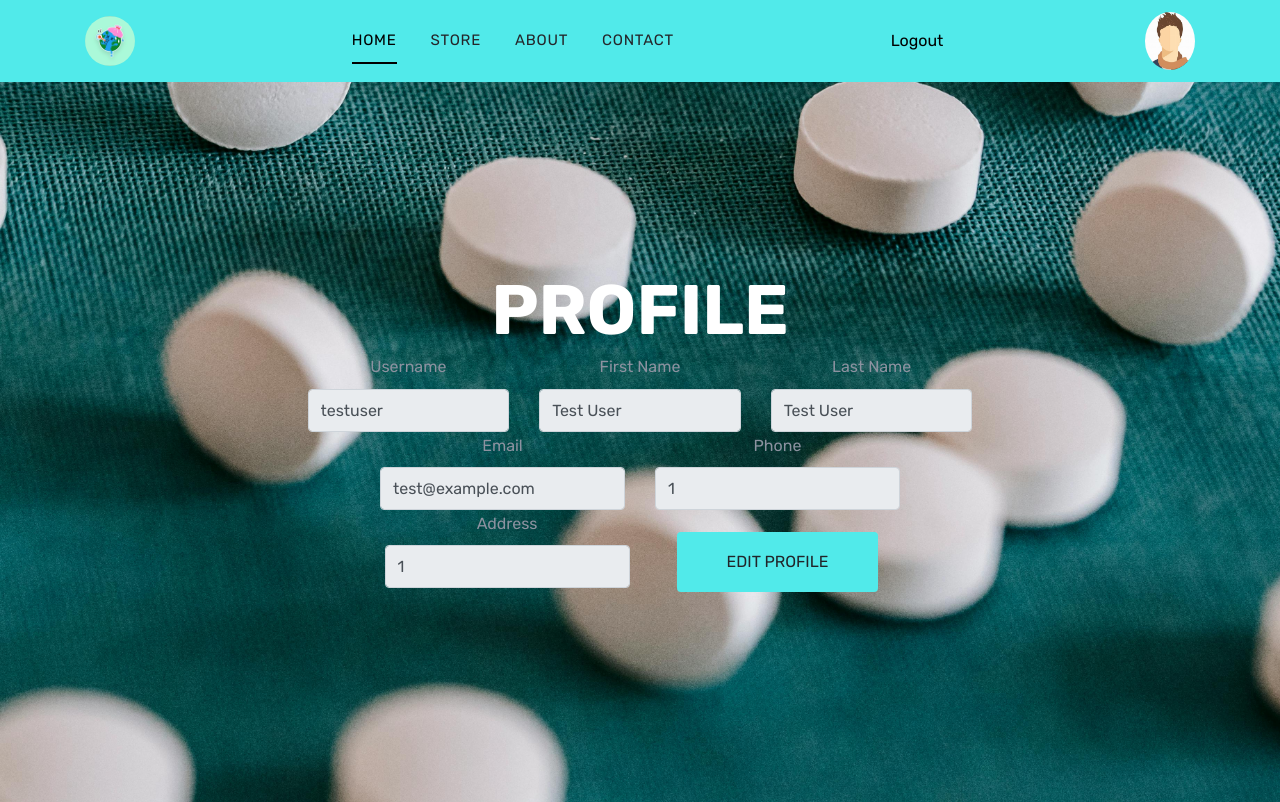
Repository: Argivist/Web-Doctor
Page: http://localhost/view/edit_profile.php
An editor plug-in stored every save of this project. The page is shown before and after the next save, followed by the edit.
The browser window is 1280 px wide. The pictures show the whole page.
Some web fonts or font styles are not loaded; a fallback is used. The page is run by PHP 8.4 with error messages shown; the project is at /var/www/html/. The session is filled in as if someone had signed in: {"id": 1, "username": "testuser", "fname": "Test User", "lname": "Test User", "email": "test@example.com", "phone": 1, "address": 1}. Other server files are loaded and not shown.

Above is the page before, as saved 2024-02-20 19:48:09.

### view/edit_profile.php
<?php
include "../settings/connection.php";
session_start();
// if (!isset($_SESSION['id'])) {
//     header("Location: ../login/login.php");
// }
?>
<!DOCTYPE html>
<html lang="en">

<head>
    <meta charset="UTF-8">
    <meta name="viewport" content="width=device-width, initial-scale=1.0">
    <title>Document</title>


    <link href="https://fonts.googleapis.com/css?family=Rubik:400,700|Crimson+Text:400,400i" rel="stylesheet">
    <link rel="stylesheet" href="fonts/icomoon/style.css">
    <link rel="stylesheet" href="../css/bootstrap.min.css">
    <link rel="stylesheet" href="../css/magnific-popup.css">
    <link rel="stylesheet" href="../css/jquery-ui.css">
    <link rel="stylesheet" href="../css/owl.carousel.min.css">
    <link rel="stylesheet" href="../css/owl.theme.default.min.css">
    <link rel="stylesheet" href="../css/style.css">
    <link rel="stylesheet" href="../css/aos.css">
</head>

<body>
    <div class="site-wrap">

        <!--Navigation Bar-->
        <div class="site-navbar bg-primary py-2">
            <div class="container">
                <div class="d-flex align-items-center justify-content-between">
                    <div class="logo">
                        <div class="site-logo">
                            <a href="home.php" class="js-logo-clone"><img src="../img/logo/logo.png" style="width:50px; border-radius:50px;" alt="logo" /></a>
                        </div>
                    </div>
                    <div class="main-nav d-lg-block">
                        <nav class="site-navigation text-right text-md-center" role="navigation">
                            <ul class="site-menu js-clone-nav d-lg-block">
                                <li class="active"><a href="home.php">Home</a></li>
                                <li><a href="shop.php">Store</a></li>
                                <li><a href="aboutus.html">About</a></li>
                                <li><a href="contact.html">Contact</a></li>
                            </ul>
                        </nav>
                    </div>
                    <?php
                    if (isset($_SESSION['id'])) {
                        echo "<div class='logout'><a href='../actions/logout.php'>Logout</a></div>";
                    } else {
                        echo "<div class='login'><a href='../login/login.php'>Sign in</a></div>";
                    } ?>
                    <div class="profile">
                        <a href="
                        <?php
                        if (isset($_SESSION['id'])) {
                            echo "profile.php";
                        } else {
                            echo "../login/login.php";
                        }
                        ?>
                        "><img src="
                        <?php
                        if (isset($_SESSION['id'])) {
                            echo "../img/profile.jpg";
                        } else {
                            echo "../img/default_profile.jpg";
                        }
                        ?>
                        " alt="Image" class="rounded-circle" style="width:50px; border-radius:50px;"></a>
                    </div>
                </div>
            </div>
        </div>

        <!--Main Content-->
        <!--Image By: Photo by Alex Green: https://www.pexels.com/photo/pile-of-white-spilled-pills-5699514/-->
        <div class="site-blocks-cover" style="background-image: url('../img/background/pharmacy_1.jpg');">
            <div class="container">
                <div class="row">
                    <div class="col-lg-7 mx-auto order-lg-2 align-self-center">
                        <div class="site-block-cover-content text-center">
                            <!--Profile page-->
                            <h1 class="mb-0">Profile</h1>
                            <div class="row justify-content-center">
                                <div class="row">
                                    <div class="col">
                                        <label for="uname">Username</label>
                                        <input type="text" id="uname" name="uname" class="form-control" value="<?php echo $_SESSION['username']; ?>" disabled>

                                    </div>
                                    <div class="col">
                                        <label for="fname">First Name</label>
                                        <input type="text" id="fname" name="fname" class="form-control" value="<?php echo $_SESSION['fname']; ?>" disabled>

                                    </div>
                                    <div class="col">
                                        <label for="lname">Last Name</label>
                                        <input type="text" id="lname" name="lname" class="form-control" value="<?php echo $_SESSION['lname']; ?>" disabled>
                                    </div>
                                </div>
                                <div class="row">
                                    <div class="col">
                                        <label for="email">Email</label>
                                        <input type="text" id="email" name="email" class="form-control" value="<?php echo $_SESSION['email']; ?>" disabled>

                                    </div>
                                    <div class="col">
                                        <label for="phone">Phone</label>
                                        <input type="text" id="phone" name="phone" class="form-control" value="<?php echo $_SESSION['phone']; ?>" disabled>
                                    </div>
                                </div>
                                <div class="row">
                                    <div class="col">
                                        <label for="address">Address</label>
                                        <input type="text" id="address" name="address" class="form-control" value="<?php echo $_SESSION['address']; ?>" disabled>
                                    </div>
                                    <div class="btn">
                                        <a href="edit_profile.php" class="btn btn-primary px-5 py-3">Edit Profile</a>
                                    </div>
                                </div>
                            </div>
                        </div>
                    </div>
                </div>
            </div>
</body>

</html>

### settings/connection.php
<?php
$server="localhost:3307";
$user="root";
$passwd="root";
$db="webdoc";

$conn=mysqli_connect($server,$user,$passwd,$db) or die("Connection failed :: ".$conn->error);
?>

Loaded but not shown: css/bootstrap.min.css (library); css/magnific-popup.css (library); css/jquery-ui.css (library); css/owl.carousel.min.css (common file); css/owl.theme.default.min.css (common file); css/aos.css (library); css/style.css (1125 lines, source omitted)

After the next save:
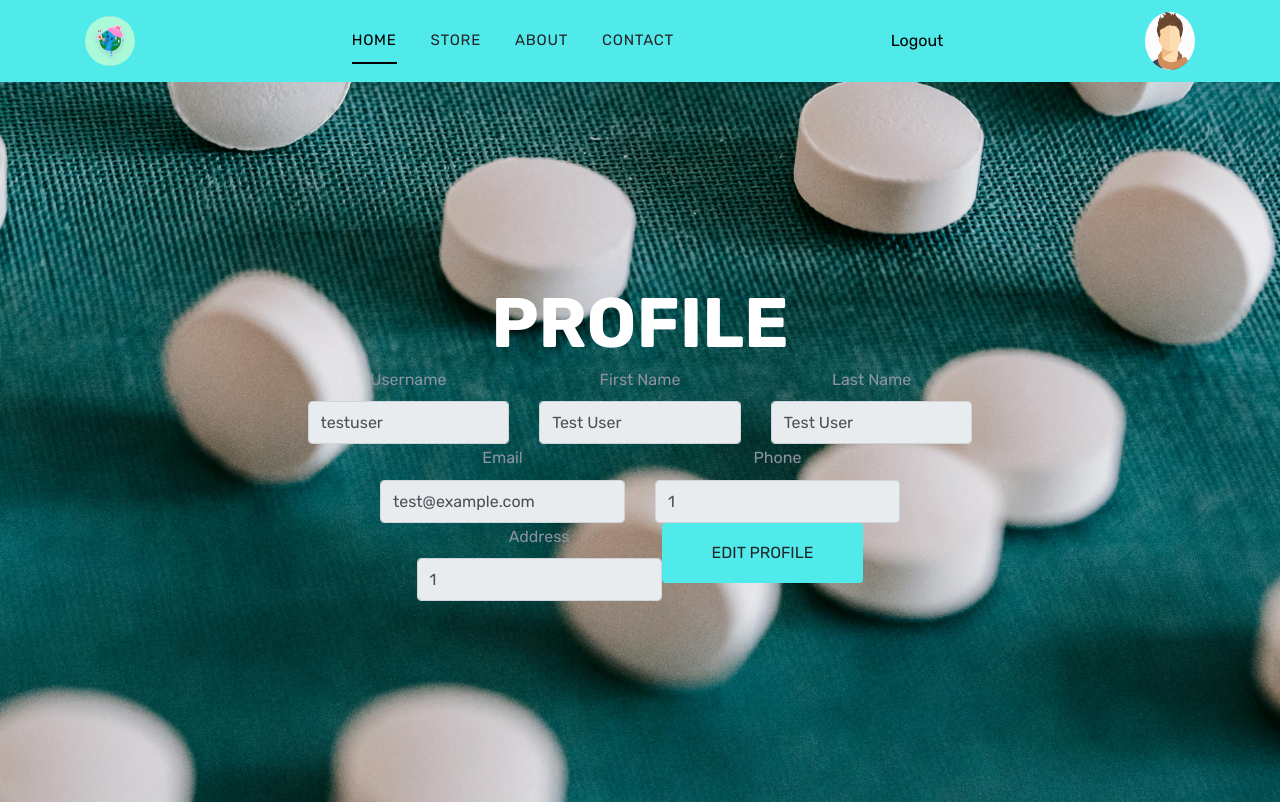
Saved 26 s later.
--- a/view/edit_profile.php
+++ b/view/edit_profile.php
@@ -118,10 +118,12 @@ session_start();
                                         <label for="address">Address</label>
                                         <input type="text" id="address" name="address" class="form-control" value="<?php echo $_SESSION['address']; ?>" disabled>
                                     </div>
-                                    <div class="btn">
+
+                                </div>
+                                <div class="row">
+                                    <div class="col">
                                         <a href="edit_profile.php" class="btn btn-primary px-5 py-3">Edit Profile</a>
                                     </div>
-                                </div>
                             </div>
                         </div>
                     </div>
